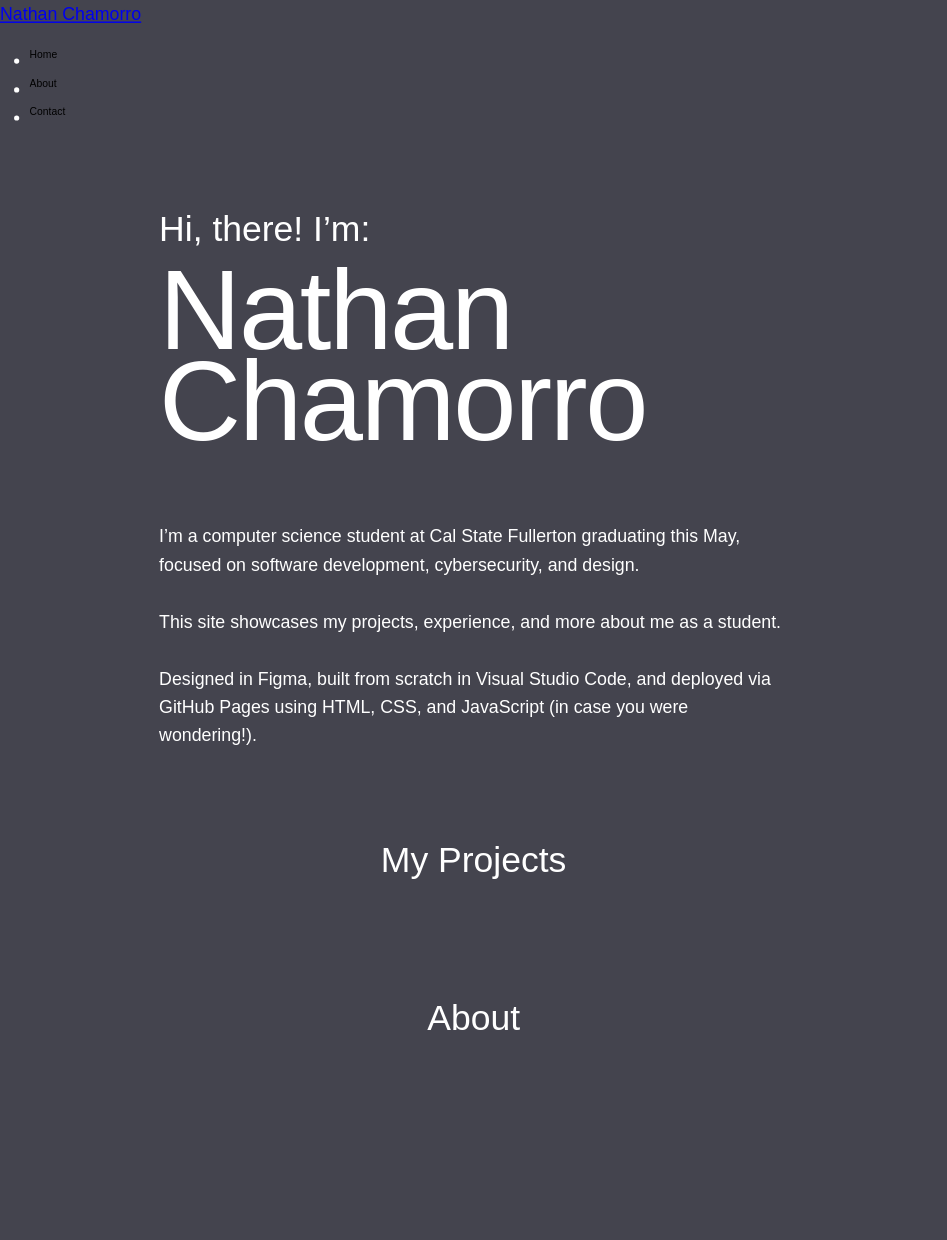
Repository: nathanchamorro1/nathanchamorro1.github.io
Page: index.html
An editor plug-in stored every save of this project. The page is shown before and after the next save, followed by the edit.
The browser window is 1280 px wide. The pictures show the whole page, at 74% of full size.
Some web fonts or font styles are not loaded; a fallback is used.

Above is the page before, as saved 2026-02-17 19:37:55.

After the next save:
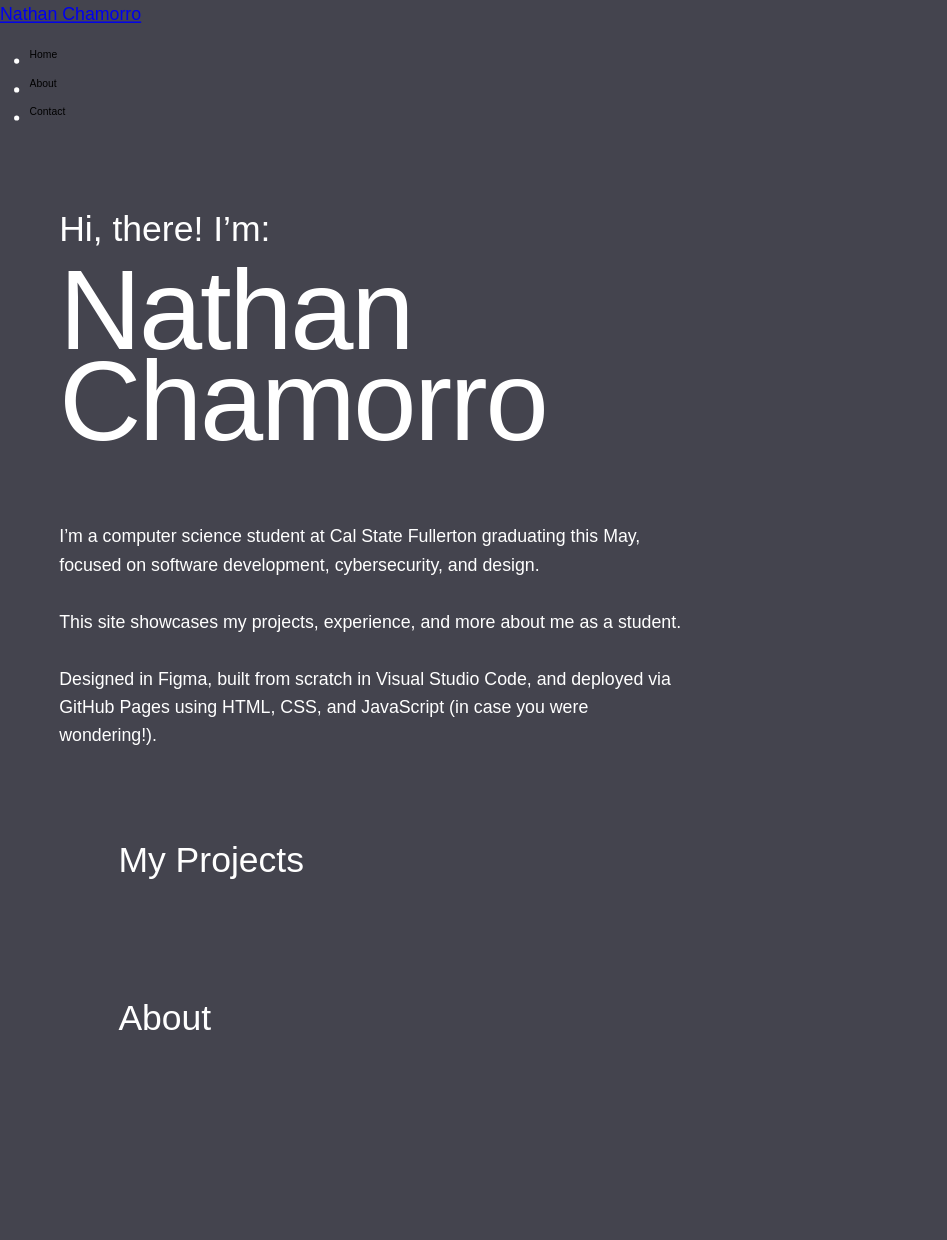
Saved 58 s later.
--- a/css/style.css
+++ b/css/style.css
@@ -114,3 +114,18 @@ h3 {
 .nav-link:hover {
     opacity: 0.6;
 }
+
+/* Force headers to align left and stop following the center-margin of the wrapper */
+h2, h3 {
+    display: block;
+    text-align: left;
+    margin-left: 0;
+    margin-right: auto;
+    width: 100%;
+}
+
+/* Remove the 'auto' margin if you want the whole site shifted left */
+.content-wrapper {
+    margin-left: 40px; /* Or 0 if you want it flush */
+    margin-right: auto;
+}

After the save that followed:
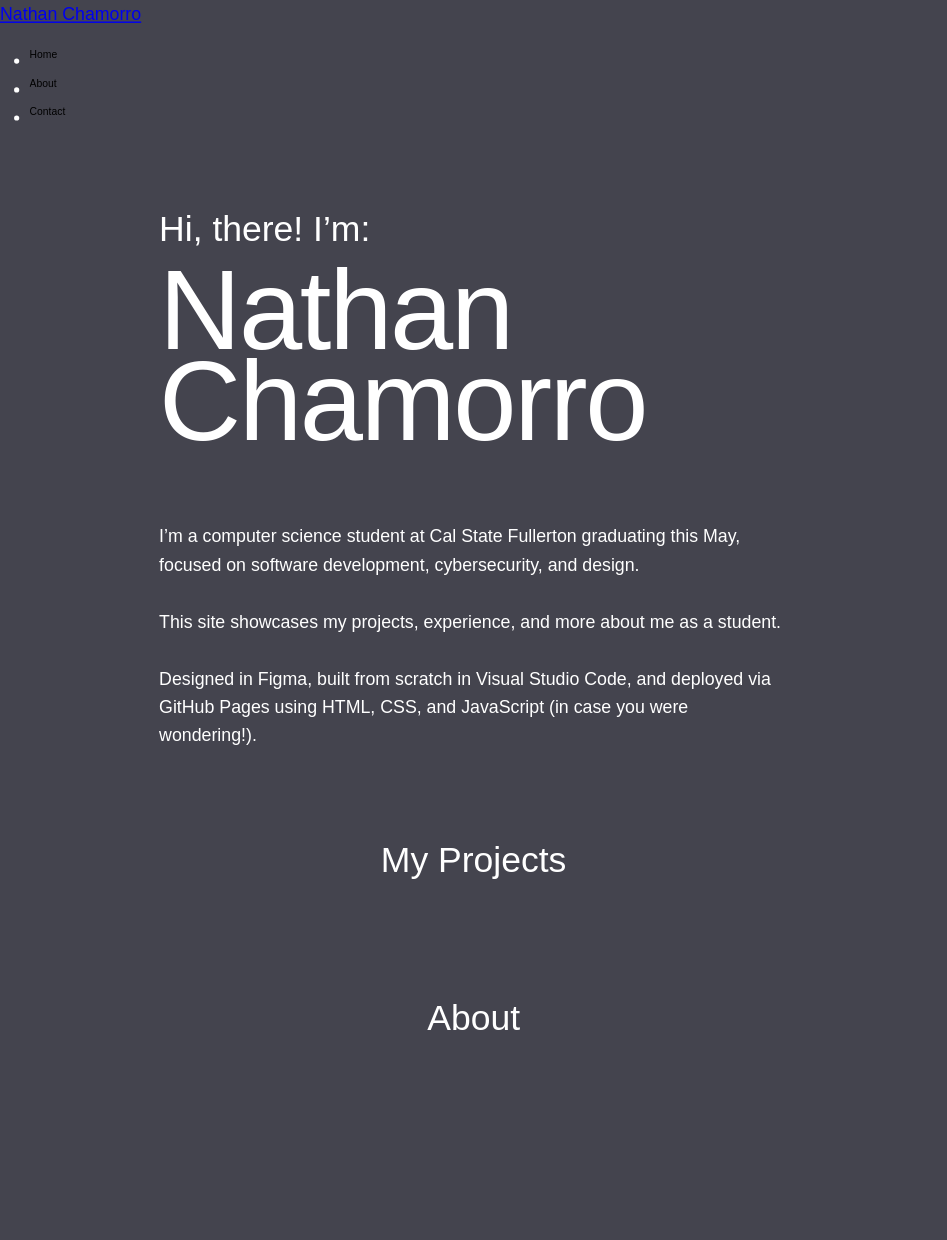
Saved 10 s later.
--- a/css/style.css
+++ b/css/style.css
@@ -114,18 +114,3 @@ h3 {
 .nav-link:hover {
     opacity: 0.6;
 }
-
-/* Force headers to align left and stop following the center-margin of the wrapper */
-h2, h3 {
-    display: block;
-    text-align: left;
-    margin-left: 0;
-    margin-right: auto;
-    width: 100%;
-}
-
-/* Remove the 'auto' margin if you want the whole site shifted left */
-.content-wrapper {
-    margin-left: 40px; /* Or 0 if you want it flush */
-    margin-right: auto;
-}
